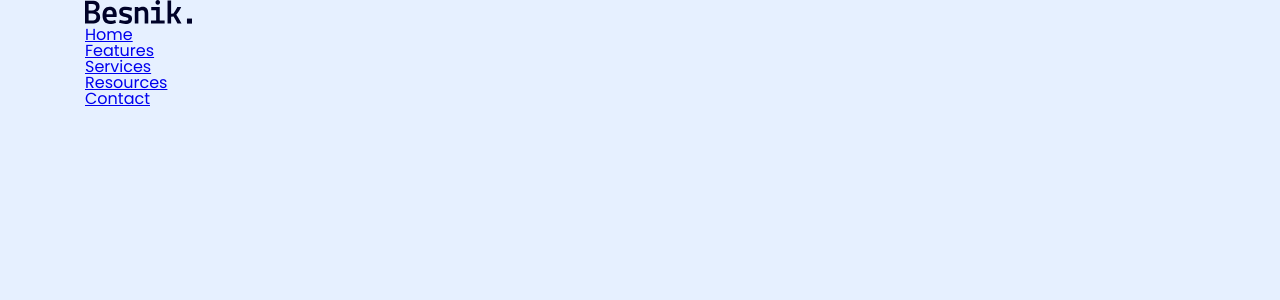
Repository: anhtien111198/f8-htmlcss-01
Page: index.html
The author's editor kept a copy of each file at every save. The page is drawn from the files as they stood at one save, then again after the next save.
The browser window is 1280 px wide. The pictures show the whole page.

Above is the page before, as saved 2023-04-29 14:36:39.

After the next save:
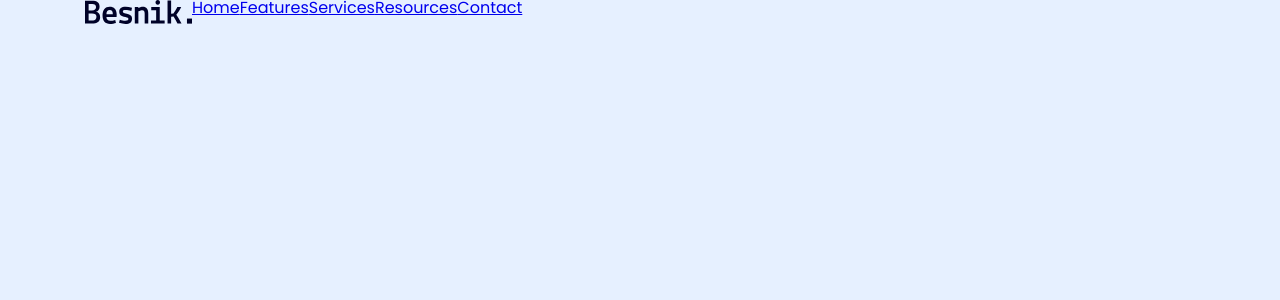
Saved 62 s later.
--- a/assets/css/styles.css
+++ b/assets/css/styles.css
@@ -19,4 +19,10 @@
     background: #e6f0ff;
     height: 100vh;
 }
-/* heder */
+.navbar {
+    display: flex;
+}
+ul {
+    display: flex;
+    justify-content: center;
+}
